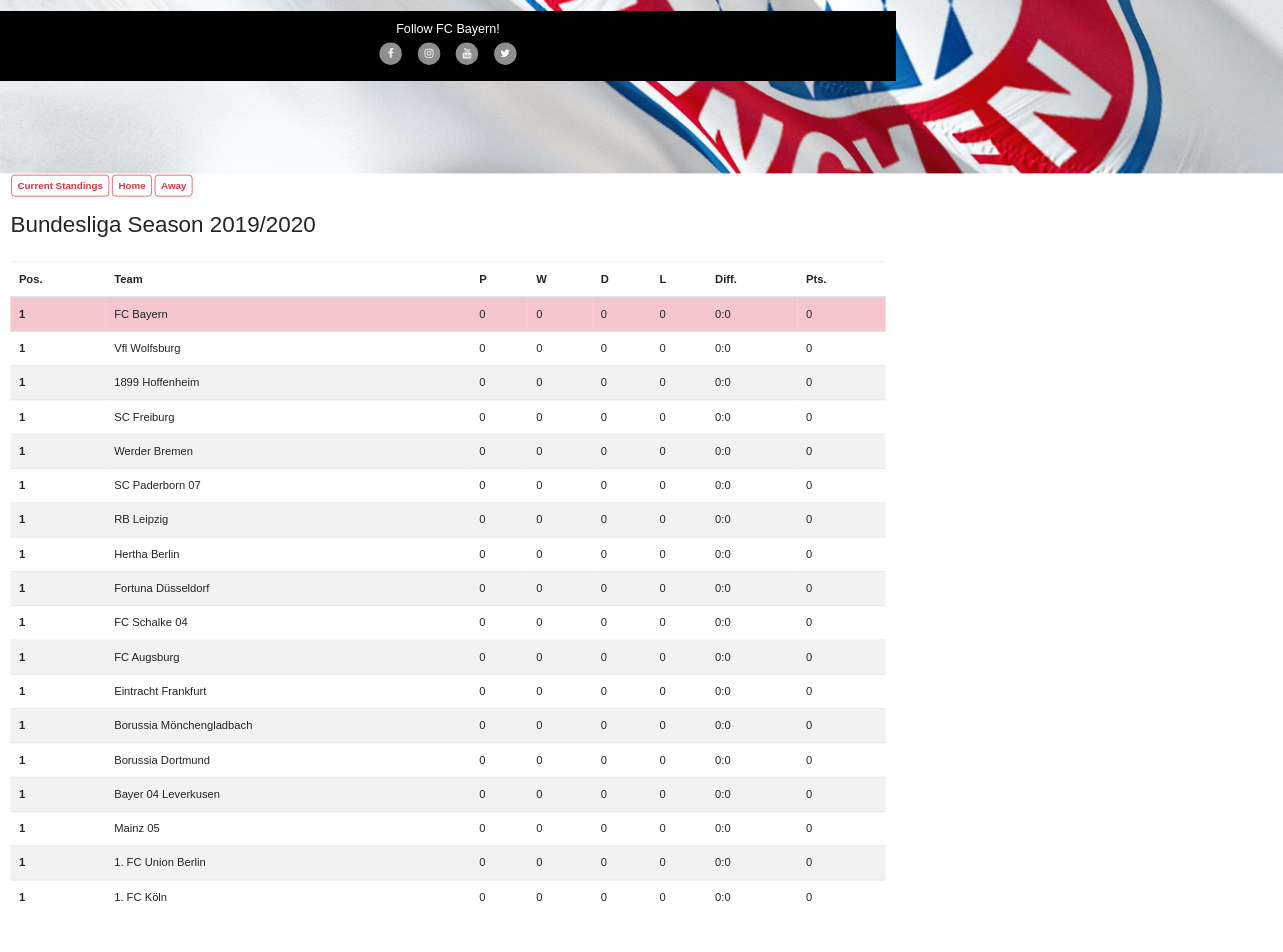
Repository: Code-Institute-Submissions/alnibo-milestone-project-1
Page: table.html
The author's editor kept a record of every edit. The page is drawn from the files as they stood at one moment, then again after the next edit.
The browser window is 1280 px wide. The page is 1833 px wide, so the pictures cover 1833 px, including what lies to the right of the window. The pictures show the part of the page from y = 604 to 1964 px (the page is 2006 px tall before and 1973 px after), at 70% of full size.
Some web fonts or font styles are not loaded; a fallback is used.

Above is the page before.

After the next edit:
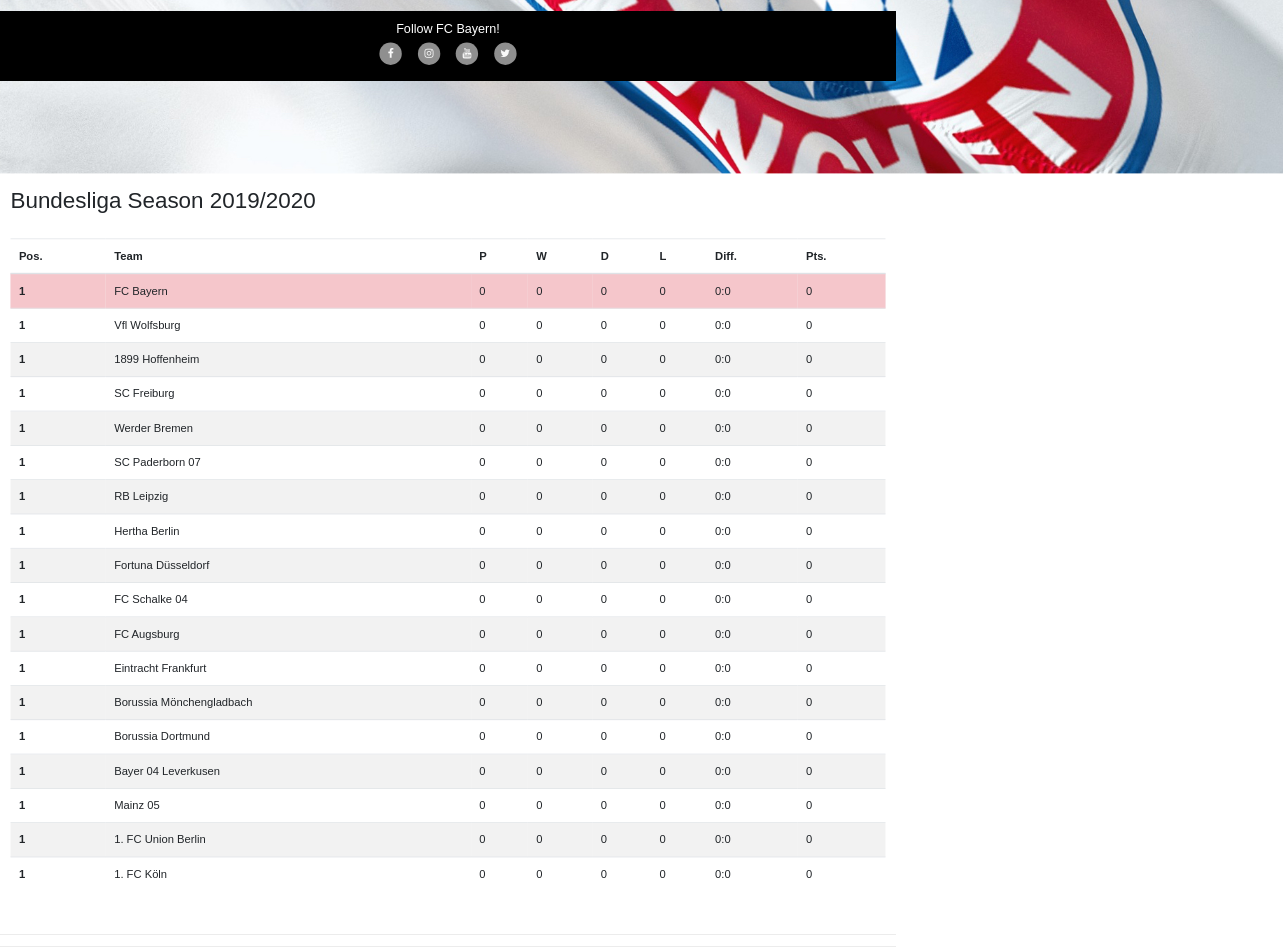
The edit:
--- a/table.html
+++ b/table.html
@@ -57,11 +57,6 @@
     <div class="container-fluid team">
         <div class="row">
             <img class="top-pic" src="assets/images/flag.jpg" alt="flag picture">
-        </div>
-        <div class="row selecter-btn">
-            <a class="btn btn-sm btn-outline-danger btn--team" href="#current-standings">Current Standings</a>
-            <a class="btn btn-sm btn-outline-danger btn--team" href="#home-standings">Home</a>
-            <a class="btn btn-sm btn-outline-danger btn--team" href="#away-standings">Away</a>
         </div>
     </div>
 
